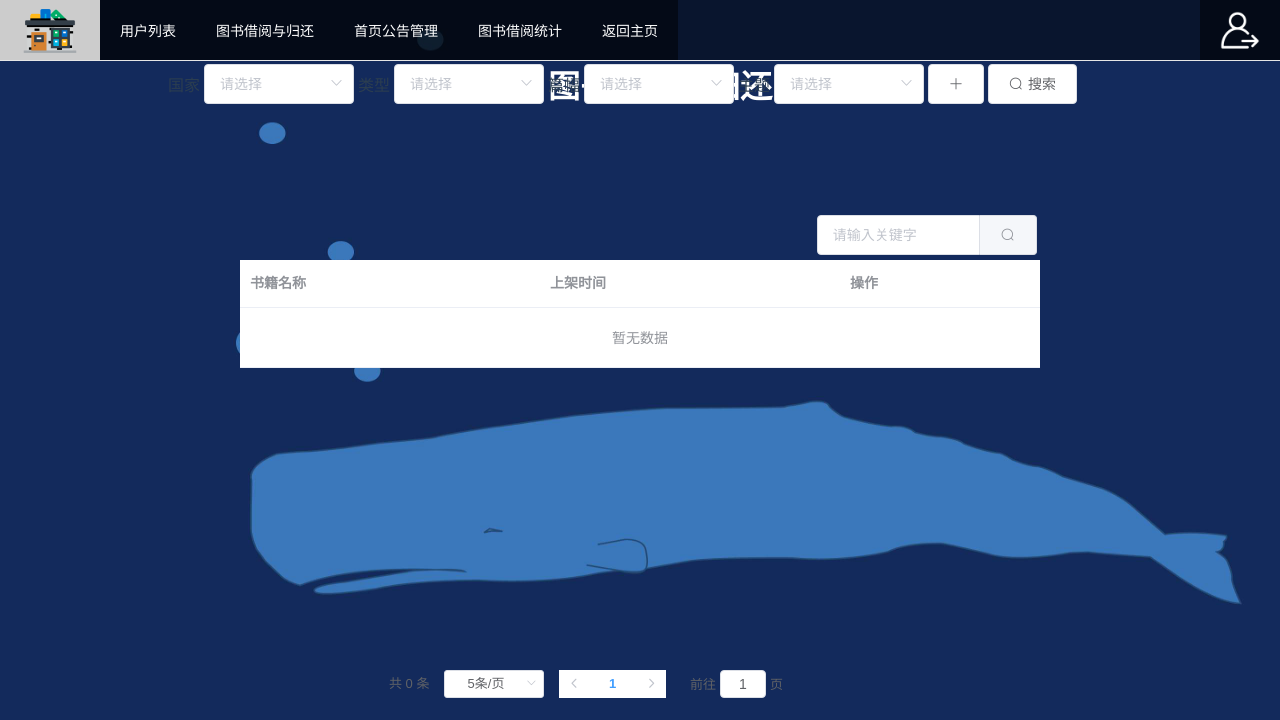
Repository: Akron-xz/helloVue
Page: /#/booksearch (app in vue-library/)
The author's editor kept a copy of each file at every save. The page is drawn from the files as they stood at one save, then again after the next save.
The browser window is 1280 px wide. The pictures show the whole page.
The page's requests for data from a server got no answer. The project was rebuilt for these pictures with package versions that can differ from the ones it lists, and the page was loaded fresh each time. No one was signed in, and anything a server would have sent is missing. Also part of the build but not shown: vue-library/src/components/homeNav.vue, vue-library/src/views/Home.vue.

Above is the page before, as saved 2020-11-25 15:37:59.

### vue-library/src/main.js
import Vue from 'vue'
import App from './App.vue'
import ElementUI from 'element-ui';
import 'element-ui/lib/theme-chalk/index.css';
import axios from "axios"
import router from './router'
import Router from 'vue-router'

const routerPush = Router.prototype.push
Router.prototype.push = function push(location) {
    return routerPush.call(this, location).catch(error => error)
}

Vue.config.productionTip = false
Vue.use(ElementUI);
Vue.prototype.$axios = axios;


new Vue({
    router,
    render: h => h(App)
}).$mount('#app')

### vue-library/src/router/index.js
import Vue from 'vue'
import VueRouter from 'vue-router'
import Home from '../views/Home.vue'


Vue.use(VueRouter)

const routes = [{
        path: '/',
        name: 'Home',
        component: Home
    },
    {
        path: '/about',
        name: 'About',
        // route level code-splitting
        // this generates a separate chunk (about.[hash].js) for this route
        // which is lazy-loaded when the route is visited.
        component: () =>
            import ( /* webpackChunkName: "about" */ '../views/About.vue')
    },
    {
        path: '/admin',
        name: 'Admin',
        // route level code-splitting
        // this generates a separate chunk (about.[hash].js) for this route
        // which is lazy-loaded when the route is visited.
        component: () =>
            import ( /* webpackChunkName: "about" */ '../views/Administrator.vue')
    },
    {
        path: "/userLogin",
        name: "UserLogin",
        component: () =>
            import ('../views/UserLogin.vue')
    },
    {
        path: "/user",
        name: "User",
        component: () =>
            import ( /* webpackChunkName: "about" */ '../views/User.vue')
    },
    {
        path: "/signup",
        name: "SignUp",
        component: () =>
            import ('../views/SignUp.vue')
    },
    {
        path: "/adminmain",
        name: "AdminMain",
        component: () =>
            import ('../views/AdminMain.vue')
    },
    {

        path: "/MyInformation",
        name: "MyInformation",
        component: () =>
            import ('../views/MyInformation.vue')
    },
    {
        path: "/library",
        name: "Library",
        component: () =>
            import ( /* webpackChunkName: "about" */ '../views/Library.vue')

    },
    {
        path: "/modifymsg",
        name: "ModifyMsg",
        component: () =>
            import ('../views/ModifyMsg.vue')
    },
    {
        path: "/borrowhistory",
        name: "BorrowHistory",
        component: () =>
            import ('../views/BorrowHistory.vue')
    },
    {
        path: "/newissue",
        name: "NewIssue",
        component: () =>
            import ('../views/NewIssue.vue')
    },
    {
        path: "/booksearch",
        name: "BookSearch",
        component: () =>
            import ('../views/BookSearch.vue')
    },
    {
        path: "/MyBookshelves",
        name: "MyBookshelves",
        component: () =>
            import ('../views/MyBookshelves.vue')
    },
    {
        path: "/modifyAnnounce",
        name: "ModifyAnnounce",
        component: () =>
            import ('../views/ModifyAnnounce.vue')
    },
    {
        path: "/statistics",
        name: "Statistics",
        component: () =>
            import ('../views/Statistics.vue')
    },


]

const router = new VueRouter({
    routes
})

export default router

### vue-library/src/views/BookSearch.vue
<template >
  <div class="search-container">
    <Navigation></Navigation>

    <div v-show="ModifyTableDisplay">
      <div v-show="InsertTableDisplay">
        <h1 class="search-title">图书借阅与归还</h1>
        <div class="choiceBox">
          <table :rules="rules" ref="ruleForm">
            <tr>
              <td>国家</td>
              <td>
                <el-select v-model="couId" placeholder="请选择" style="width: 150px" clearable>
                  <el-option
                    v-for="item in country" :key="item.countryId" :label="item.countryName"
                    :value="item.countryId"
                  ></el-option>
                </el-select>
              </td>
              <td>类型</td>
              <td>
                <el-select v-model="tyId" placeholder="请选择" style="width: 150px" clearable>
                  <el-option
                    v-for="item in type" :key="item.typeId" :label="item.typeName"
                    :value="item.typeId"
                  ></el-option>
                </el-select>
              </td>
              <td>篇幅</td>
              <td>
                <el-select v-model="pagenumber" placeholder="请选择" style="width: 150px" clearable>
                  <el-option
                    v-for="item in pages" :key="item.pageId" :label="item.pageName"
                    :value="item.pageId"
                  ></el-option>
                </el-select>
              </td>
              <td>主题</td>
              <td>
                <el-select v-model="thId" placeholder="请选择" style="width: 150px" clearable>
                  <el-option
                    v-for="item in theme" :key="item.themeId" :label="item.themeName" :value="item.themeId"
                  ></el-option>
                </el-select>
              </td>
              <td>
                <el-button type="" icon="el-icon-plus"  @click="MsgInsert"></el-button>
              </td>
              <td>
                <el-button type="" icon="el-icon-search" @click="selectByLabel">搜索</el-button>
              </td>
            </tr>
          </table>
        </div>

        <div class="searchBox">
          <el-input placeholder="请输入关键字" style="width: 220px" class="input-with-select"
          v-model="key"
          @keyup.enter.native="searchContent">
          <el-button slot="append" icon="el-icon-search" @click="selectByKey"></el-button>
        </el-input>
        </div>

        <div class="table-box">
          <el-table
            :data="lists.slice((page.currentPage - 1) * page.pageSize,
                page.currentPage * page.pageSize)" max-height="240"
            style="width: 100%">

            <el-table-column prop="bookName" label="书籍名称" width="300">
            </el-table-column>
            <el-table-column prop="onTimeStr" label="上架时间" width="300">
            </el-table-column>
            <el-table-column label="操作">
              <template slot-scope="scope">
                <el-button @click="MsgModify(scope.row)" type="primary " class="edit-btn"
                  size="small">编辑</el-button>
                  <el-button @click="bookHistoryOfUser(scope.row)" type="primary " class="edit-btn"
                  size="small">查看</el-button>
              </template>
            </el-table-column>
          </el-table>
        </div>
        <!-- 分页器 -->
        <div class="block">
          <el-pagination
            align="center"
            @size-change="handleSizeChange"
            @current-change="handleCurrentChange"
            :current-page="page.currentPage"
            :page-sizes="[1, 5, 10, 20]"
            :page-size="page.pageSize"
            layout="total, sizes, prev, pager, next, jumper"
            :total="lists.length"
            style="cursor:pointer;"
            title="回车确认"
          >
          </el-pagination>

        </div>
      </div>
    </div>
    <!-- 添加书籍弹窗 -->
    <div class="MsgModify-box" v-show="!InsertTableDisplay">
      <table >
        <tr>
          <td></td>
          <td></td>
          <td style="font-size: 25px">书名</td>
          <td>
            <input type="text" v-model="addBookData.bookName" style="width: 210px; height: 35px"
              placeholder="请输入"
            />
          </td>
        </tr>
        <tr>
          <td>国家</td>
          <td>
            <el-select v-model="addBookData.country.countryId" placeholder="请选择" clearable>
              <el-option  v-for="item in country"  :key="item.countryId" :label="item.countryName"
                :value="item.countryId"
              ></el-option>
            </el-select>
          </td>
          <td>类型</td>
          <td>
            <el-select v-model="addBookData.type.typeId" placeholder="请选择" clearable
            >
              <el-option v-for="item in type" :key="item.typeId"  :label="item.typeName"
                :value="item.typeId"
              ></el-option>
            </el-select>
          </td>
          <td>上架数量</td>
          <td>
            <el-input placeholder="上架数量" v-model="addBookData.onNumber">
            </el-input>
          </td>
        </tr>
        <tr>
          <td>篇幅</td>
          <td>
            <el-select v-model="addBookData.pages" placeholder="请选择" clearable>
              <el-option
                v-for="item in pages" :key="item.pageId" :label="item.pageName"
                :value="item.pageId"
              ></el-option>
            </el-select>
          </td>
          <td>主题</td>
          <td>
            <el-select v-model="addBookData.theme.themeId" placeholder="请选择" clearable>
              <el-option
                v-for="item in theme" :key="item.themeId" :label="item.themeName"
                :value="item.themeId"
              >
              </el-option>
            </el-select>
          </td>
          <td>下架数量</td>
          <td>
            <el-input v-model="addBookData.offNumId" ></el-input>
          </td>
        </tr>
        <tr>
          <td>简介:</td>
        </tr>
        <div class="briefBox">
          <textarea name="txt" clos=",50" rows="5" warp="virtual"
            style="width: 780px; height: 100px"
            v-model="addBookData.brief"
          ></textarea>
          <div class="MsgSave-btn">
            <el-button type="primary" @click="MsgSaveI()">保存</el-button>
          </div>
        </div>
      </table>
    </div>
    <!-- 编辑弹窗 -->
    <div class="MsgModify-box" v-show="!ModifyTableDisplay">
      <table>
        <tr>
          <td></td>
          <td></td>
          <td style="font-size: 25px">书名</td>
          <td>
            <input
              type="text"
              v-model="bookData[0].bookName"
              style="width: 210px; height: 35px"
            />
          </td>
        </tr>
        <tr>
          <td>国家</td>
          <td>
            <el-select
              v-model="bookData[0].country.countryId"
              placeholder="请选择"
              clearable
            >
              <el-option
                v-for="item in country" :key="item.countryId" :label="item.countryName"
                :value="item.countryId"
              ></el-option>
            </el-select>
          </td>
          <td>类型</td>
          <td>
            <el-select v-model="bookData[0].type.typeId" placeholder="请选择" clearable>
              <el-option
                v-for="item in type" :key="item.typeId" :label="item.typeName"
                :value="item.typeId"
              ></el-option>
            </el-select>
          </td>
          <td>上架数量</td>
          <td>
           <el-input v-model="bookData[0].onNumber" placeholder="上架数量"></el-input>

          </td>
        </tr>
        <tr>
          <td>篇幅</td>
          <td>
            <el-select v-model="bookData[0].pages" placeholder="请选择" clearable>
              <el-option
                v-for="item in pages" :key="item.pageId" :label="item.pageName"
                :value="item.pageId"
              ></el-option>
            </el-select>
          </td>
          <td>主题</td>
          <td>
            <el-select v-model="bookData[0].theme.themeId" placeholder="请选择" clearable>
              <el-option
                v-for="item in theme"  :key="item.themeId"  :label="item.themeName"
                :value="item.themeId"
              >
              </el-option>
            </el-select>
          </td>
          <td>下架数量</td>
          <td>
           <el-input v-model="bookData[0].offNumber" placeholder="下架数量"></el-input>

          </td>
        </tr>
        <tr>
          <td>简介</td>
        </tr>

      </table>
      <div class="briefBox">
        <textarea name="txt" clos=",50" rows="5" warp="virtual"
          style="width: 780px; height: 100px"
          v-model="bookData[0].brief"
        ></textarea>
        <div class="MsgSave-btn">
          <el-button type="primary" @click="MsgSaveM">保存</el-button>
        </div>
      </div>
    </div>
    <el-dialog title="借阅用户" :visible.sync="bookHistoryIfo"
        :append-to-body="true"
        :modal-append-to-body="false"
        :center="true">
  <el-table :data="borrowLists">
     <el-table-column property="user.name" label="用户名" width="80"></el-table-column>
     <el-table-column property="borrowTimeStr" label="借阅时间" width="150"></el-table-column>
      <el-table-column property="returnTimeStr" label="归还时间" width="150"></el-table-column>
      <el-table-column property="borrowStatesStr" label="状态" width="150">
      </el-table-column>
  </el-table>
</el-dialog>
  </div>
</template>
<script>
import Navigation from "@/components/Nav.vue";
import axios from "axios";
export default {
  components: {
    Navigation,
  },
  methods: {
    // 编辑按钮
    MsgModify(row) {
      this.ModifyTableDisplay = !this.ModifyTableDisplay;
      this.bookData = [row];
      console.log(this.bookName);
      console.log(row);
    },
    //
    bookHistoryOfUser(row){
      this.bookHistoryIfo = !this.bookHistoryIfo
      this.bookData = [row];
      axios({
        method:"get",
        url:"http://localhost:8081/book/borrows",
        params:{
          id:this.bookData[0].bookId
        }
      }).then(res=>{
        console.log(res.data);
        this.borrowLists = res.data;
        // this.borrowLists.userName = res.data.user.name;
        // this.borrowLists.borrowTime = res.data.borrowTimeStr;
        // this.borrowLists.returnTime = res.data.returnTimeStr
        // this.borrowLists.borrowStates = res.data.borrowStates ? "借出" : "归还";
        console.log(this.borrowLists);
      })
      },
    // 保存按钮
    MsgSaveM() {
      axios({
        method:"post",
        url:"http://localhost:8081/book/update/",
        data:{
         bookId:this.bookData[0].bookId,
         bookName:this.bookData[0].bookName,
         country:{
           countryId:this.bookData[0].country.countryId,
         },
         type:{
           typeId:this.bookData[0].type.typeId,
         },
         theme:{
           themeId:this.bookData[0].theme.themeId,
         },
         brief:this.bookData[0].brief,
         onNumber:this.bookData[0].onNumber,
         offNumber:this.bookData[0].offNumber,
         pages:this.bookData[0].pages,
         onTime:this.bookData[0].onTime,
         offTime:this.bookData[0].offTime,
         surplusNumber:(this.bookData[0].onNumber-this.bookData[0].offNumber),
         borrows:this.bookData[0].borrows,

        }
      })
      this.ModifyTableDisplay = !this.ModifyTableDisplay;
    },
    MsgInsert() {
      this.InsertTableDisplay = !this.InsertTableDisplay;
    },
    MsgSaveI() {
      axios({
        method:"post",
        url:"http://localhost:8081/book/add/",
        data:{
        bookName:this.addBookData.bookName,
        country:{
        countryId:this.addBookData.country.countryId,
         },
         type:{
           typeId:this.addBookData.type.typeId,
         },
         theme:{
           themeId:this.addBookData.theme.themeId,
         },
         brief:this.addBookData.brief,
         onNumber:this.addBookData.onNumber,
         pages:this.addBookData.pages,
         offNumber:0,
         surplusNumber:this.addBookData.onNumber
        }
      })
      this.InsertTableDisplay = !this.InsertTableDisplay;
       },


    handleSizeChange(val) {
      console.log(`每页 ${val} 条`);
      this.page.currentPage = 1;
      this.page.pageSize = val;
    },
    handleCurrentChange(val) {
      console.log(`当前页: ${val}`);
      this.page.currentPage = val;
    },
    selectByLabel() {
      axios
        .post(
          "http://localhost:8081/book/list/label",

          {
            countryId: this.couId,
            typeId: this.tyId,
            themeId: this.thId,
            lengthRange: this.pagenumber,
          },
          { emulateJSON: true }
        )
        .then((res) => {
          this.lists = res.data;
          console.log(this.lists);
        })
        .catch((err) => console.log("error...", err));
    },
    selectByKey() {
      axios
        .get("http://localhost:8081/book/list/key", {
          params: {
            key: this.key,
          },
        })
        .then((res) => {
          this.lists = res.data;
          this.key = "";
        })
        .catch((err) => console.log("error...", err));
    },
  },

  data() {
    return {
      couId: "",
      tyId: "",
      thId: "",
      input: "",
      onNumId: "",
      offNumId: "",
      key: "",
      pagenumber: "",
      borrowLists:[
        // {
        //   userName:"",
        //   borrowTime:"",
        //   returnTime:"",
        //   borrowStates:"",
        // }
      ],
      bookData: [
        {
          bookId:0,
          bookName: "1",
          country: {
            countryId: "",
            countryName: "",
          },
          type: {
            typeId: 0,
            typeName: "",
          },
          theme: {
            themeId: 0,
            themeName: "",
          },
          onNumber: 0,
          offNumber:0,
          pages: 0,
          brief: "暂无",
          onTime:"",
          offTime:"",
          surplusNumber:"",
          borrows:""
        },
      ],
      bookName: "",
      bookHistoryIfo:false,
      ModifyTableDisplay: true,
      InsertTableDisplay: true,
      brief: "暂无",
      book_name: "",
      lists: [],
      country: [
        {
          countryId: 0,
          countryName: "",
        },
      ],

      // 类型
      type: [
        {
          typeId: 0,
          typeName: "",
        },
      ],

      // 篇幅

      // 主题

      pages: [
        {
          pageId: 1,
          pageName: "短篇",
        },
        {
          pageId: 2,
          pageName: "中篇",
        },
        {
          pageId: 3,
          pageName: "长篇",
        },
        {
          pageId: 4,
          pageName: "超长篇",
        },
      ],

      theme: [
        {
          themeId: 0,
          themeName: "",
        },
      ],

      onNumber: [
        {
          onNumberId: 0,
          onNumber: 0,
        },
      ],

      offNumber: [
        {
          offNumberId: 0,
          offNumber: 0,
        },
      ],

      page: {
        currentPage: 1, // 当前页码
        total: 20, // 总条数
        pageSize: 5, // 每页的数据条数
      },
      tableData: [
        {
          bookName: "1",
          country: {
            countryId: 0,
            countryName: "",
          },

          type: "3",
          theme: "4",
          brief: "5",
        },
      ],
      addBookData:{
         bookName: "",
          country: {
            countryId: "",
            countryName: "",
          },
          type: {
            typeId: "",
            typeName: "",
          },
          theme: {
            themeId: "",
            themeName: "",
          },
          onNumber: 0,
          offNumber:0,
          pages: "",
          brief: "暂无",
      },
       rules: {
          bookName: [
            { required: true, message: '选择不能为空', trigger: 'change' }
          ],
       }
    };
  },
  created() {
    axios

      .get("http://localhost:8081/book/list", {})
      .then((res) => {
        this.lists = res.data;
      })
      .catch((err) => console.log("error...", err));

    axios.get("http://localhost:8081/country/list").then((res) => {
      this.country = res.data;
    });
    axios.get("http://localhost:8081/type/list").then((res) => {
      this.type = res.data;
    });
    axios.get("http://localhost:8081/theme/list").then((res) => {
      this.theme = res.data;
    });
  },
};
</script>

<style scoped>
.search-container {
  position: fixed;
  left: 0;
  top: 0;
  width: 100%;
  height: 100%;
  background-image: url(/img/divBg/bg34.jpg);
  background-size: 100% 100%;
}

.choiceBox{
  position: fixed;

  right: 200px;
}
.table-box {
  position: fixed;
  top: 260px;
  left: 50%;
  margin-left: -400px;
  width: 800px;
}
.block {
  position: fixed;
  width: 150px;
  bottom: 20px;
  left: 30%;
}
.search-title {
  float: left;
  margin-top: 0px;
  margin-left: 20px;
  font-size: 32px;
  color: white;
  width: 100%;
}
.MsgModify-box {
  position: fixed;
  top: 200px;
  right: 18%;
}
.briefBox {
  position: fixed;
  top: 335px;
  right: 230px;
}
.searchBox{
  position: fixed;
  top: 215px;
  right: 19%;
}
</style>

### vue-library/src/components/Nav.vue
<template>

     <div class="navigation-bar">
      <el-menu
        class="el-menu-demo"
        mode="horizontal"
        @select="handleSelect"
        background-color="#00000080"
        text-color="#ffffff"
        text-font="15px">

        <el-menu-item @click="toMain">
                <img src="/img/libraryIcon.png" alt="" target="_self" class="libraryIcon">
            </el-menu-item>

        <el-menu-item index="1" @click="toSearchClient">
          <a  target="_self"  >用户列表</a></el-menu-item
        >
        <el-menu-item index="2" @click="toBooks">
          <a  target="_self">图书借阅与归还</a>
        </el-menu-item>

        <el-menu-item index="3" @click="toAnnounce">
          <a  target="_self">首页公告管理</a>
        </el-menu-item>
        <el-menu-item index="4" @click="toStatistics">
          <a  target="_self">图书借阅统计</a></el-menu-item
        >
        <el-menu-item index="5" @click="toHome">
          <a  target="_self">返回主页</a>
        </el-menu-item>

        <el-menu-item index="6" class="exitIcon">
                <img src="/img/logoutIconWhite.png" alt="" target="_self" class="logoutIcon">
        </el-menu-item>

      </el-menu>

    </div>
</template>

<script>
export default {
    name:"Nav",
    data() {
      return {
        activeIndex: '1'
      }
    },
    methods: {
    handleSelect(key, keyPath) {
      console.log(key, keyPath);
    },
    toMain(){
      this.$router.push({path:'/adminmain'});
    },

    toSearchClient(){
      this.$router.push({path:'/newissue'});
    },
    toSearchFile(){
      this.$router.push({path:'/signup'});
    },
    toAnnounce(){
      this.$router.push({path:'/modifyannounce'});
    },
    toBooks(){
      this.$router.push({path:'/booksearch'});
    },
    toStatistics(){
      this.$router.push({path:'/Statistics'});
    },
    toHome(){
      this.$router.push({path:'/'});
    },


  },

}
</script>>

<style scoped>
.libraryIcon{
  height: 60px;
  width: 60px;
}

.exitIcon{
  float: right;
}

.logoutIcon{
  height: 40px;
  width: 40px;
}
</style>>

Loaded but not shown: vue-library/public/index.html (common file); vue-library/src/App.vue (common file)

After the next save:
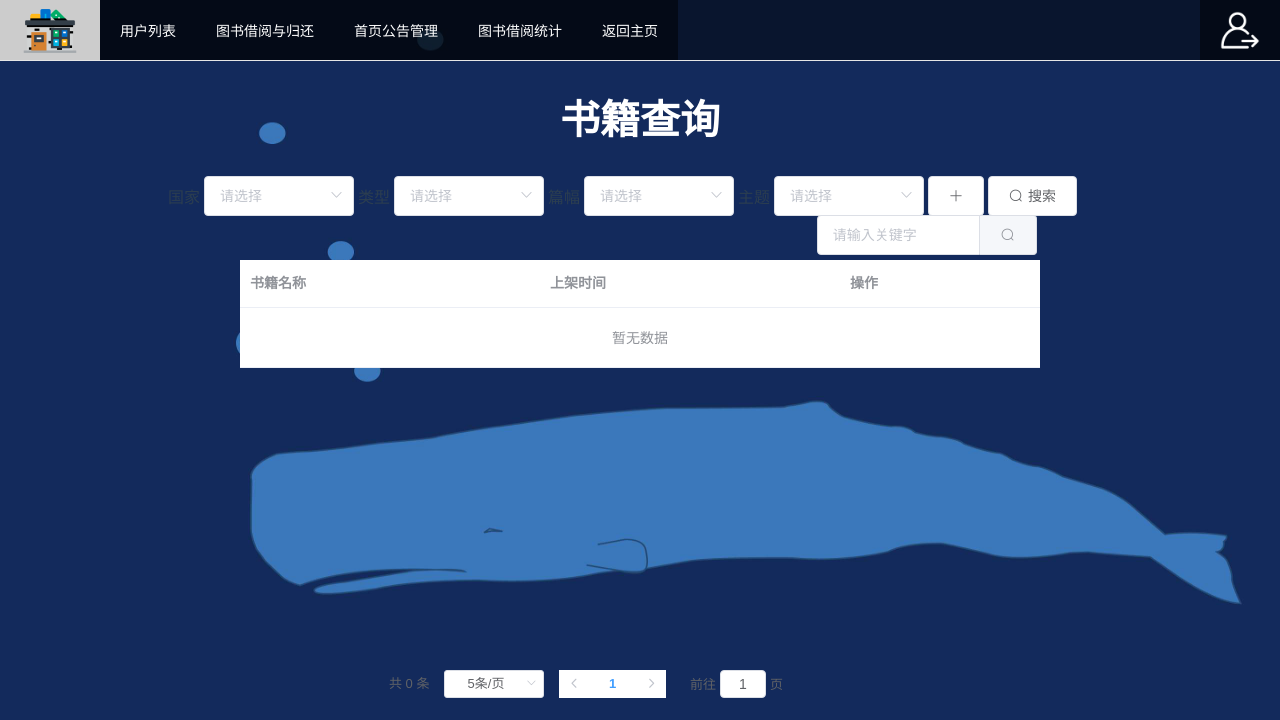
Saved 28 s later.
--- a/vue-library/src/views/BookSearch.vue
+++ b/vue-library/src/views/BookSearch.vue
@@ -4,7 +4,7 @@
 
     <div v-show="ModifyTableDisplay">
       <div v-show="InsertTableDisplay">
-        <h1 class="search-title">图书借阅与归还</h1>
+        <h1 class="search-title">书籍查询</h1>
         <div class="choiceBox">
           <table :rules="rules" ref="ruleForm">
             <tr>
@@ -618,12 +618,8 @@ export default {
   left: 30%;
 }
 .search-title {
-  float: left;
-  margin-top: 0px;
-  margin-left: 20px;
-  font-size: 32px;
+  font-size: 40px;
   color: white;
-  width: 100%;
 }
 .MsgModify-box {
   position: fixed;
